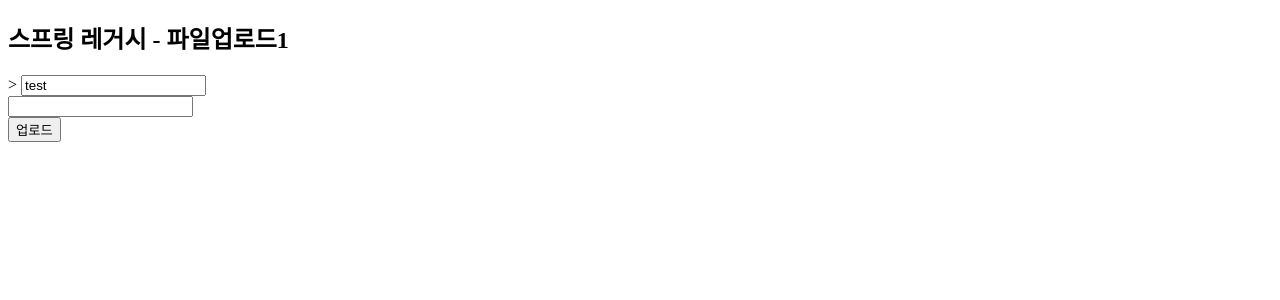
Repository: midrash/fileUpload-Test
Page: http://localhost/fileupload03-legacy/
An editor plug-in stored every save of this project. The page is shown before and after the next save, followed by the edit.
The browser window is 1280 px wide. The pictures show the whole page.
The page is served by Tomcat 9. Other server files are loaded and not shown.

Above is the page before, as saved 2020-11-04 06:11:14.

### fileupload03-legacy/src/main/webapp/WEB-INF/views/index.jsp
<%@ page language="java" contentType="text/html; charset=UTF-8"
    pageEncoding="UTF-8"%>
<!DOCTYPE html>
<html>
<head>
<meta charset="UTF-8">
<title>Insert title here</title>
</head>
<body>
	<h2>스프링 레거시 - 파일업로드1</h2>
	<form method="post" enctype="multipart/form-data" action="${pageContext.request.contextPath}/file/upload1.do"> <!-- dy일땐 직접 서블릿을 불러서 했었는데 스프링은 이렇게 하면 컨테이너가 관리하지 않아서 빈을 사용하지 못햄 그래서 이렇게 해서 켄테이너를 이용해야함 -->>
	<input type="text" name="msg" value="test"><br>
	<input type="text" name="attach" ><br>
	</form>
	<button>업로드</button>
</body>
</html>

After the next save:
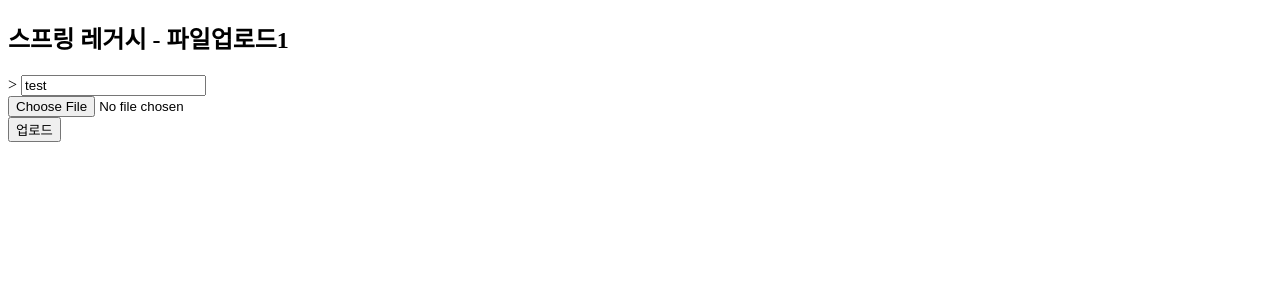
Saved 102 s later.
--- a/fileupload03-legacy/src/main/webapp/WEB-INF/views/index.jsp
+++ b/fileupload03-legacy/src/main/webapp/WEB-INF/views/index.jsp
@@ -10,7 +10,7 @@
 	<h2>스프링 레거시 - 파일업로드1</h2>
 	<form method="post" enctype="multipart/form-data" action="${pageContext.request.contextPath}/file/upload1.do"> <!-- dy일땐 직접 서블릿을 불러서 했었는데 스프링은 이렇게 하면 컨테이너가 관리하지 않아서 빈을 사용하지 못햄 그래서 이렇게 해서 켄테이너를 이용해야함 -->>
 	<input type="text" name="msg" value="test"><br>
-	<input type="text" name="attach" ><br>
+	<input type="file" name="attach" ><br>
 	</form>
 	<button>업로드</button>
 </body>
